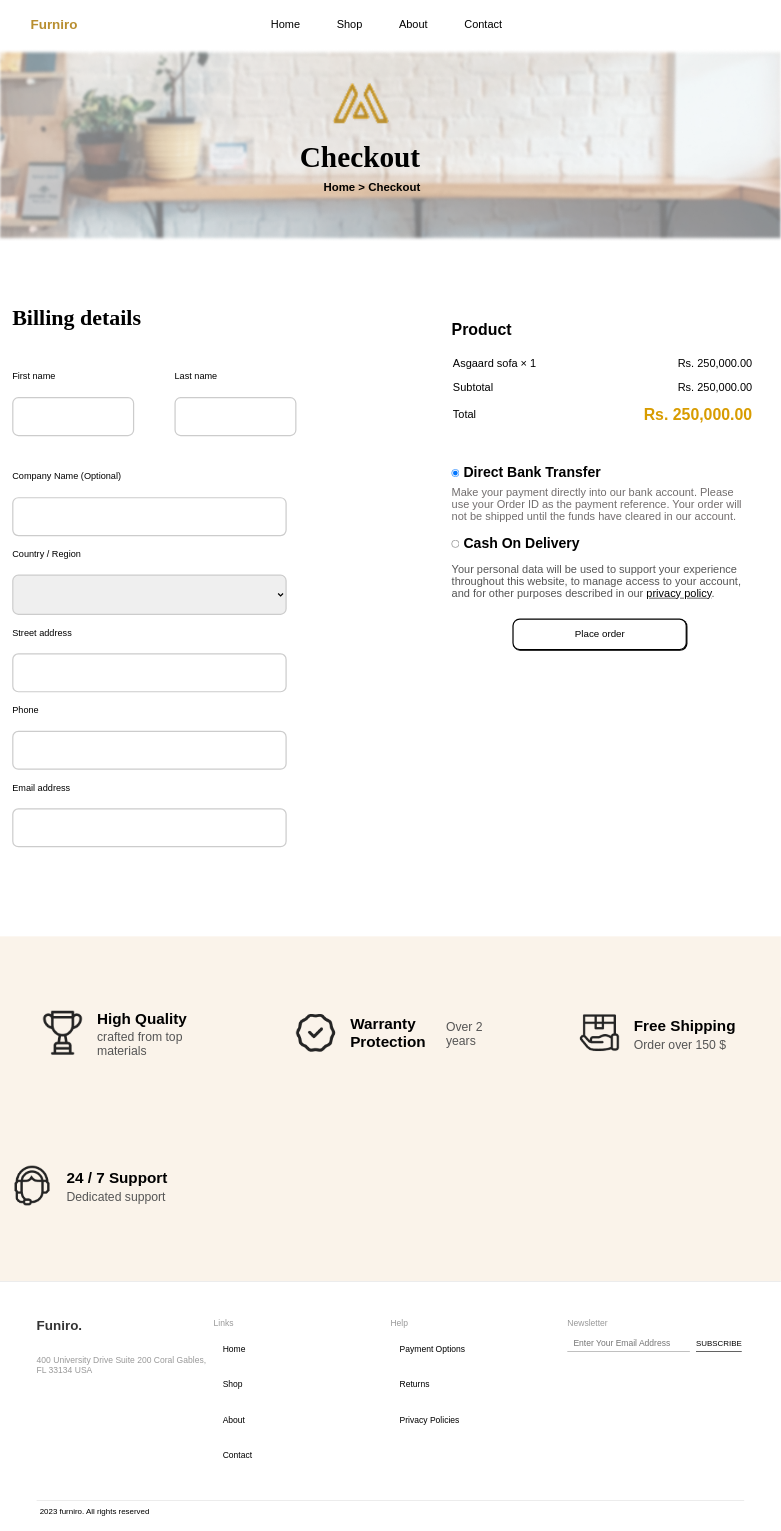
Repository: Ali1Kh/Furniro-ITI
Page: pages/checkout.html
The author's editor kept a copy of each file at every save. The page is drawn from the files as they stood at one save, then again after a run of saves.
The browser window is 1280 px wide. The pictures show the whole page, at 61% of full size.

Above is the page before, as saved 2025-07-19 21:59:09.

### pages/checkout.html
<!DOCTYPE html>
<html lang="en">

<head>
  <meta charset="UTF-8">
  <meta name="viewport" content="width=device-width, initial-scale=1.0">
  <title>CheckOut</title>
  <link rel="shortcut icon" href="../assets/icons/Logo.png" type="image/x-icon">
  <link rel="stylesheet" href="../styles/index.css">
  <link rel="stylesheet" href="../styles/checkout.css">
</head>

<body>

  <nav>
    <!-- Navigation -->
    <div class="navBar">
      <div class="text">
        <p>Furniro</p>
      </div>

      <div class="menu-icon" onclick="toggleSidebar()">☰</div>

      <div class="navBarLinks">
        <ul>
          <li><a href="/pages/home.html">Home</a></li>
          <li><a href="/pages/shop.html">Shop</a></li>
          <li><a href="/">About</a></li>
          <li><a href="/pages/contact.html">Contact</a></li>
        </ul>
      </div>

     <div class="navBarIcons">
        <a href="/pages/Compare.html"><i class="fa-solid fa-user"></i></a>
        <a href="/pages/shop.html"><i class="fa-solid fa-magnifying-glass"></i></a>
        <a href="/"><i class="fa-solid fa-heart"></i></a>
        <a href="/pages/checkout.html"><i class="fa-solid fa-cart-plus"></i></a>
      </div>
    </div>


    <!-- Sidebar for mobile -->
    <div class="sidebar" id="sidebar">
      <a href="" onclick="toggleSidebar()">✖</a>
      <a href="">Home</a>
      <a href="/pages/shop.html">Shop</a>
      <a href="/">About</a>
      <a href="/pages/contact.html">Contact</a>
    </div>
  </nav>

  <main class="checkout">
    <div id="home">
      <div class="img-conteaner">
        <img src="../assets/img/Rectangle 1.png" alt="">

        <div class="text-conteaner">
          <img src="../assets/icons/Logo.png" alt="" style="width: 100px;height: 77px;margin-top: -80px; left: 1px; ">
          <h2 style="font-size: 48px; font-family: Poppins; top: 20px;">Checkout</h2>
          <h3 style="top: 30px;left: -11px; "><span style="width: 48;height: 24;top: 295px;left: 660px; ">Home ></span>
            Checkout</h3>
        </div>
      </div>
    </div>

    <div id="content">
      <div class="form">
        <h1 style="font-family: Poppins;font-weight: 600;font-style: SemiBold;font-size: 36px;">Billing details</h1>
        <br><br>
        <form>
          <div class="input" style="width: 200px;">
            <label>First name</label><br>
            <input type="text" name="firatname" id="firatname">
          </div>

          <div class="input" style="width: 200px; position: relative;bottom: 127px;left: 266px;">
            <label>Last name</label><br>
            <input type="text" name="lastname" id="lastname">
          </div>

          <div class="input" style="position: relative; bottom: 90px; width: 450px;">
            <label>Company Name (Optional)</label><br>
            <input type="text" name="Companyname(Optional)" id="Companyname(Optional)">
          </div>

          <div class="input" style="position: relative; bottom: 90px; width: 450px;">
            <label>Country / Region</label><br>
            <select>
              <option></option>
              <option>UK</option>
              <option>Argantina</option>
              <option>Brasil</option>
              <option>Egypt</option>
              <option>USA</option>
            </select>
          </div>

          <div class="input" style="position: relative; bottom: 90px; width: 450px;">
            <label>Street address</label><br>
            <input type="text" name="Streetaddress" id="Streetaddress">
          </div>

          <div class="input" style="position: relative; bottom: 90px; width: 450px;">
            <label>Phone</label><br>
            <input type="number" name="Phone" id="Phone">
          </div>

          <div class="input" style="position: relative; bottom: 90px; width: 450px;">
            <label>Email address</label><br>
            <input type="email" name="Emailaddress" id="Emailaddress">
          </div><br><br>

        </form>
      </div>
      <div class="table">
        <div class="order-summary">
          <h2>Product</h2>
          <table>
            <tr>
              <td>Asgaard sofa × 1</td>
              <td style="text-align: right;">Rs. 250,000.00</td>
            </tr>
            <tr>
              <td>Subtotal</td>
              <td style="text-align: right;">Rs. 250,000.00</td>
            </tr>
            <tr>
              <td>Total</td>
              <td style="text-align: right;" class="total">Rs. 250,000.00</td>
            </tr>
          </table><br><br>

          <div class="payment-methods">
            <label><input type="radio" name="payment" checked> Direct Bank Transfer</label>
            <p>
              Make your payment directly into our bank account. Please use your Order ID as the payment reference. Your
              order will not be shipped until the funds have cleared in our account.
            </p>

            <label><input type="radio" name="payment"> Cash On Delivery</label>
          </div>

          <div class="privacy">
            Your personal data will be used to support your experience throughout this website, to manage access to your
            account, and for other purposes described in our <a href="#">privacy policy</a>.
          </div>

          <button class="btn">Place order</button>
        </div>
      </div>
    </div>

    <div id="quality">
      <div class="quality-box"
        style="display: flex; gap: 1.5rem; padding-top: 80px; padding-bottom: 80px;width: 25%;padding-left: 50px;">
        <div><img src="../assets/icons/Group copy.png" alt=""></div>
        <div class="r">
          <h2>High Quality</h2>
          <p>crafted from top materials</p>
        </div>

      </div>
      <div class="quality-box" style="display: flex; gap: 1.5rem; padding-top: 80px; padding-bottom: 80px;width: 25%;">
        <div><img src="../assets/icons/Group (2).png" alt=""></div>

          <h2>Warranty Protection</h2>
          <p>Over 2 years</p>


      </div>
      <div class="quality-box" style="display: flex; gap: 1.5rem; padding-top: 80px; padding-bottom: 80px;width: 25%;">
        <div><img src="../assets/icons/Vector (2).png" alt=""></div>
        <div class="r">
          <h2>Free Shipping</h2>
          <p>Order over 150 $</p>
        </div>

      </div>
      <div class="quality-box" style="display: flex; gap: 1.5rem; padding-top: 80px; padding-bottom: 80px;width: 25%;">
        <div><img src="../assets/icons/customer-support.png" alt=""></div>
        <div class="r">
          <h2>24 / 7 Support</h2>
          <p>Dedicated support</p>
        </div>

      </div>

    </div>
  </main>

  <footer class="footer">
    <div class="footer-container">
      <div class="footer-sec">
        <h2 class="logo">Funiro.</h2>
        <p style="padding-top: 20px;">400 University Drive Suite 200 Coral Gables,<br>FL 33134 USA</p>
      </div>

      <div class="footer-sec">
        <h4>Links</h4>
        <ul>
          <li><a href="#">Home</a></li>
          <li><a href="#">Shop</a></li>
          <li><a href="#">About</a></li>
          <li><a href="#">Contact</a></li>
        </ul>
      </div>

      <div class="footer-sec">
        <h4>Help</h4>
        <ul>
          <li><a href="#">Payment Options</a></li>
          <li><a href="#">Returns</a></li>
          <li><a href="#">Privacy Policies</a></li>
        </ul>
      </div>

      <div class="footer-sec new">
        <h4>Newsletter</h4>
        <div class="subscribe">
          <input type="email" placeholder="Enter Your Email Address">
          <button>SUBSCRIBE</button>
        </div>
      </div>
    </div>

    <div class="footer-bottom">
      <p>2023 furniro. All rights reserved</p>
    </div>
  </footer>

  <script src="../scripts/index.js"></script>

</body>

</html>

### styles/index.css
:root {
  --mainColor: #feeed8;
}

* {
  margin: 0;
  padding: 0;
  box-sizing: border-box;
}

body {
  font-family: "Poppins", sans-serif;
}

.navBar img {
  display: inline;
}

.navBar {
  width: 100%;
  height: 80px;
  display: flex;
  justify-content: space-between;
  align-items: center;
  padding: 0 50px;
  background-color: #fff;
  z-index: 1000;
  position: sticky;
  top: 0;
}

.navBarLinks ul {
  list-style: none;
  display: flex;
  gap: 60px;
}

.navBarLinks a {
  text-decoration: none;
  font-size: 18px;
  color: black;
}

.navBarIcons {
  display: flex;
  gap: 30px;
}

.text p {
  font-weight: bold;
  font-size: 22px;
  color: #b88e2f;
}

/* Sidebar for mobile */
.sidebar {
  height: 100%;
  width: 0;
  position: fixed;
  background-color: #8d8d8d;
  overflow-x: hidden;
  transition: 0.3s;
  padding-top: 60px;
  z-index: 999;
}
.sidebar a {
  padding: 12px 20px;
  text-decoration: none;
  font-size: 20px;
  color: white;
  display: block;
}
.sidebar a:hover {
  background-color: #444;
}

.menu-icon {
  font-size: 28px;
  cursor: pointer;
  display: none;
  padding: 15px;
}

/* Quality */

#quality {
  display: flex;
  background-color: rgba(250, 243, 234, 1);
  width: 100%;
}

/* Page Header */

#pageHeader .imge {
  position: relative;
  width: 100%;
  height: auto;
}

#pageHeader .imge img {
  width: 100%;
  height: auto;
  display: block;
}

#pageHeader .adresIn {
  position: absolute;
  top: 50%;
  left: 50%;
  transform: translate(-50%, -50%);
  color: black;
  text-align: center;
}

#pageHeader .mainP1 {
  font-size: 48px;
}
#pageHeader .scoundP1 {
  font-size: 16px;
}

.footerBox {
  height: 400px;
  width: 100%;
}
.with-line::before,
.with-line::after {
  content: "";
  display: block;
  height: 1px;
  background-color: #c6c6c6;
  margin: 20px auto;
  width: 100%;
}

.with-line::after {
  width: 82%;
}

.infoterbox {
  margin-left: 100px;
  margin-right: 100px;
  display: grid;
  grid-template-columns: 1fr 1fr 1fr 1.5fr;
  gap: 20px;
  padding: 30px;
  color: white;

  height: 100%;
}

.mainFooterBar {
  font-weight: bold;
  font-size: 24px;
  color: #000;
}
.scoundFooterBar {
  font-size: 16px;
  font-weight: 300;
  color: #9f9f9f;
  position: relative;
  top: 40px;
}

.prgraphF {
  position: relative;
  top: 54px;
}

.infoterboxLM a,
.infoterboxRM a {
  display: block;
  margin-top: 55px;
  text-decoration: none;
  color: #000;
  width: 70%;
}

.infoterboxLM p,
.infoterboxRM p,
.prgraphFF p {
  font-size: 16px;
  font-weight: 300;
  color: #9f9f9f;
}

.SUBSCRIBE {
  position: relative;
  top: 53px;
}

.SUBSCRIBE button {
  font-size: 14px;
  font-weight: bold;
  width: 85px;
  height: 21px;
  border: none;
  border-bottom: 1px solid black;
  margin-left: 15px;
  background-color: white;

  cursor: pointer;
}

.SUBSCRIBE input {
  font-size: 14px;
  width: 200px;
  height: 21px;
  color: #9f9f9f;
  border: none;
  border-bottom: 1px solid black;
}

.SUBSCRIBE input:focus {
  outline: none;
}

@media (max-width: 768px) {
  .navBarLinks {
    display: none;
  }
  .menu-icon {
    display: block;
  }
  .navBarIcons {
    display: none;
  }
}

@media (max-width: 767px) {
  .navBarIcons {
    display: none;
  }
}

### styles/checkout.css
* {
  margin: 0;
  padding: 0;
}
.checkout ul {
  list-style: none;
}

.checkout a {
  text-decoration: none;
}

/* start header */

#header {
  background-color: rgb(250, 245, 240);
  border: 1px solid #ccc;
  width: 100%;
  height: 90px;
}
#header .navbar {
  display: flex;
  justify-content: space-between;
  align-items: center;
}
#header .navbar .logo {
  display: flex;
  width: 185;
  height: 41;
  opacity: 1;
  top: 29px;
  left: 54px;
  gap: 5px;
}
#header .navbar img {
  width: 185;
  height: 41px;
  top: 29px;
  left: 54px;
  gap: 5px;
}

/* #header .navbar .imgs{
    width: 300px;
    display: flex;
    position: relative;
    bottom: 10px;
} */

#header .navbar ul {
  display: flex;
}
#header .navbar ul li a {
  position: relative;
  color: black;
  font-size: 25px;
  margin: 0 20px;
  font-weight: bold;
  transition: 0.3s ease;
  bottom: 15px;
}
#header .navbar ul li a:hover {
  color: bisque;
}

/* finish header */

.img-conteaner {
  position: relative;
  width: 100%;
}

.img-conteaner img {
  width: 100%;
  height: 316px;
  top: 100px;
}

.text-conteaner {
  position: absolute;
  top: 50%;
  left: 50%;
  transform: translate(-50%, -50%);
}
.text-conteaner h3 {
  position: relative;
  bottom: 90px;
  left: 40px;
}
.text-conteaner h2 {
  position: relative;
  bottom: 90px;
  left: -50px;
}

#content {
  display: flex;
  justify-content: space-between;
  gap: 8rem;
  max-width: 1240px;
  margin: auto;
  padding-top: 100px;
}

.form {
  width: 50%;
}

.form h1 {
  font-size: 36px;
  font-weight: 600;
  margin-bottom: 30px;
}

form label {
  font-weight: 500;
  margin-bottom: 8px;
  display: block;
  font-size: 15px;
}

form input,
form select {
  width: 100%;
  padding: 22px;
  border: 2px solid #ccc;
  border-radius: 10px;
  font-size: 14px;
}

.input {
  margin-bottom: 20px;
}

.table {
  width: 48%;
}

.order-summary {
  padding: 25px;
}

.order-summary h2 {
  font-size: 26px;
  margin-bottom: 20px;
}

.order-summary table {
  width: 100%;
  margin-bottom: 20px;
}

.order-summary table td {
  padding: 8px 0;
  font-size: 18px;
}

.order-summary .total {
  font-weight: bold;
  color: #d89c00;
  font-size: 26px;
}

.payment-methods label {
  display: block;
  margin-bottom: 10px;
  font-weight: bold;
  font-size: 23px;
}

.payment-methods p {
  font-size: 18px;
  color: #716d6d;
  margin: 10px 0 20px;
  line-height: 1.1;
}

.privacy {
  font-size: 18px;
  color: #555;
  margin: 20px 0;
  line-height: 1.1;
}

.privacy a {
  text-decoration: underline;
  color: black;
}

.btn {
  padding: 15px 100px;
  background: #fff;
  border: 2px solid black;
  border-radius: 12px;
  font-size: 16px;
  transition: 0.3s ease;
  margin-left: 100px;
  margin-top: 10px;
  box-shadow: 1px 1px 1px black;
}

.btn:hover {
  background-color: #babd8e;
}

#quality {
  display: flex;
  justify-content: space-between;
  background-color: rgba(250, 243, 234, 1);
  width: 100%;
  flex-wrap: wrap;
  padding: 40px 20px;
  gap: 1rem;
}

.quality-box {
  display: flex;
  gap: 1.5rem;
  width: 23%;
  padding-top: 40px;
  padding-bottom: 40px;
  box-sizing: border-box;
  align-items: center;
}

.quality-box img {
  width: 65px;
}

.quality-box h2 {
  font-size: 25px;
  margin-bottom: 5px;
}

.quality-box p {
  font-size: 20px;
  color: #555;
}


.footer {
  background-color: #fff;
  padding: 40px 60px 20px;
  border-top: 1px solid #e0e0e0;
  color: #333;
}

.footer-container {
  display: flex;
}

.footer-sec {
  flex: 1 1 200px;
  margin: 20px 0;
}

.footer-sec h2.logo {
  font-size: 22px;
  font-weight: 700;
  margin-bottom: 15px;
}

.footer-sec h4 {
  font-size: 14px;
  font-weight: 500;
  color: #999;
  margin-bottom: 10px;
}

.footer-sec ul {
  list-style: none;
  padding: 0;
  margin: 0;
}

.footer-sec ul li {
  margin-bottom: 10px;
  padding: 15px;
}

.footer-sec ul li a {
  text-decoration: none;
  color: #000;
  font-size: 14px;
}

.footer-sec p {
  color: #999;
  font-size: 14px;
}

.new .subscribe {
  display: flex;
  gap: 10px;
  margin-top: 10px;
}

.new input {
  padding: 6px 10px;
  font-size: 14px;
  border: none;
  border-bottom: 1px solid #999;
  outline: none;
}

.new button {
  background: none;
  border: none;
  border-bottom: 1px solid #000;
  color: #000;
  font-size: 13px;
  font-weight: 500;
}

.footer-bottom {
  border-top: 1px solid #e0e0e0;
  padding: 5px;
  margin-top: 20px;
  padding-top: 10px;
  text-align: left;
  font-size: 13px;
  color: #000;
}

@media (max-width: 790px) {
  #content {
    flex-direction: column;
    gap: 3rem;
    padding: 50px 20px;
  }

  .form,
  .table {
    width: 100%;
  }

  .btn {
    width: 100%;
    margin-left: 0;
  }
   .quality-box {
    width: 100%;
    flex-direction: row;
    justify-content: start;
    padding: 20px 0;
     position: relative;
    left: 30%;

  }

  #quality {
    flex-direction: column;
    gap: 0;

  }
}
@media (max-width: 768px) {
  .footer-container {
    flex-direction: column;
    gap: 30px;
  }

  .footer-sec {
    margin: 10px 0;
  }

  .new .subscribe {
    flex-direction: column;
    align-items: flex-start;
  }

  .new input,
  .new button {
    width: 50%;
  }

  .footer {
    padding: 30px 20px 10px;
  }

  .footer-bottom {
    text-align: center;
    font-size: 12px;
  }
}

### scripts/index.js
function toggleSidebar() {
  const sidebar = document.getElementById("sidebar");
  if (sidebar.style.width === "250px") {
    sidebar.style.width = "0";
  } else {
    sidebar.style.width = "250px";
  }
}

function toggleSidebar() {
  const sidebar = document.getElementById("sidebar");
  if (sidebar.style.display === "flex") {
    sidebar.style.display = "none";
  } else {
    sidebar.style.display = "flex";
  }
}

After the next 3 saves:
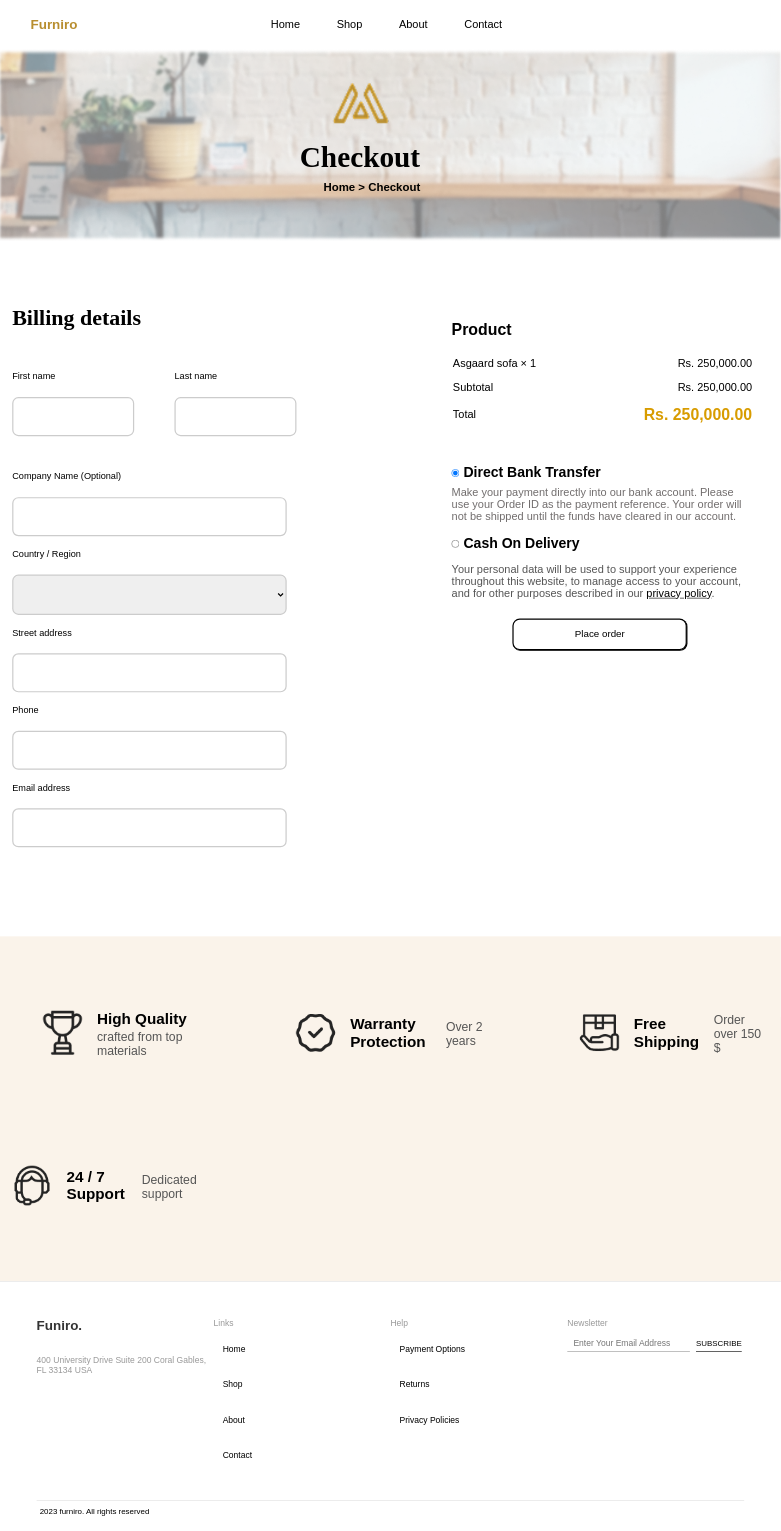
The 3 saves are shown as one change because they came seconds apart.
The last was saved 8 s later.
--- a/pages/checkout.html
+++ b/pages/checkout.html
@@ -170,15 +170,15 @@
       </div>
       <div class="quality-box" style="display: flex; gap: 1.5rem; padding-top: 80px; padding-bottom: 80px;width: 25%;">
         <div><img src="../assets/icons/Vector (2).png" alt=""></div>
-        <div class="r">
+
           <h2>Free Shipping</h2>
           <p>Order over 150 $</p>
-        </div>
+
 
       </div>
       <div class="quality-box" style="display: flex; gap: 1.5rem; padding-top: 80px; padding-bottom: 80px;width: 25%;">
         <div><img src="../assets/icons/customer-support.png" alt=""></div>
-        <div class="r">
+
           <h2>24 / 7 Support</h2>
           <p>Dedicated support</p>
         </div>
